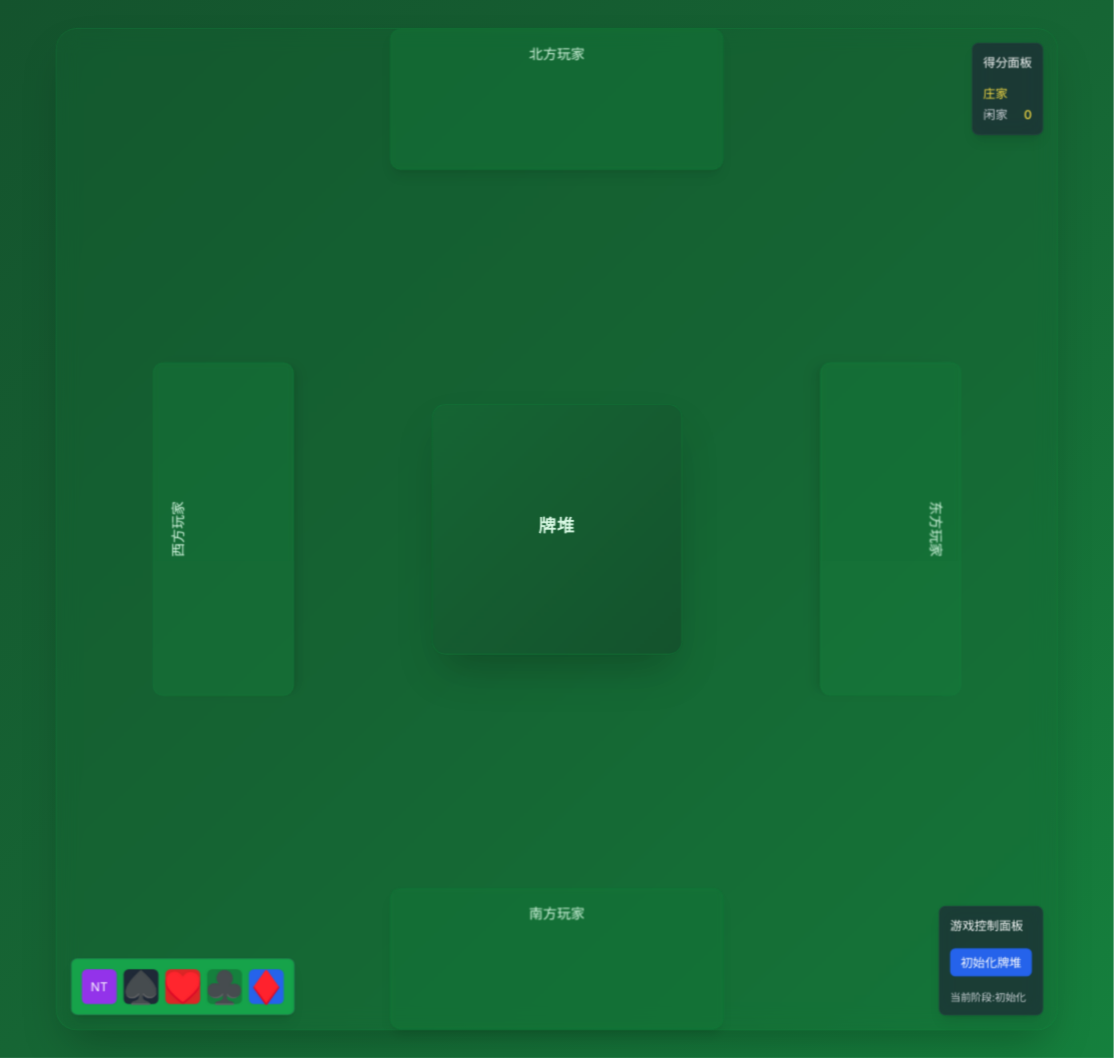
Repository: laofansay/Tractor80
Page: /
The author's editor kept a copy of each file at every save. The page is drawn from the files as they stood at one save, then again after the next save.
The browser window is 1280 px wide. The pictures show the whole page, at 87% of full size.
The project was rebuilt for these pictures with package versions that can differ from the ones it lists, and the page was loaded fresh each time. The framework's server and built-in components were replaced by stand-ins that run in the browser. Also part of the build but not shown: next.config.js, app/components/Card.tsx.

Above is the page before, as saved 2025-03-09 00:22:11.

After the next save:
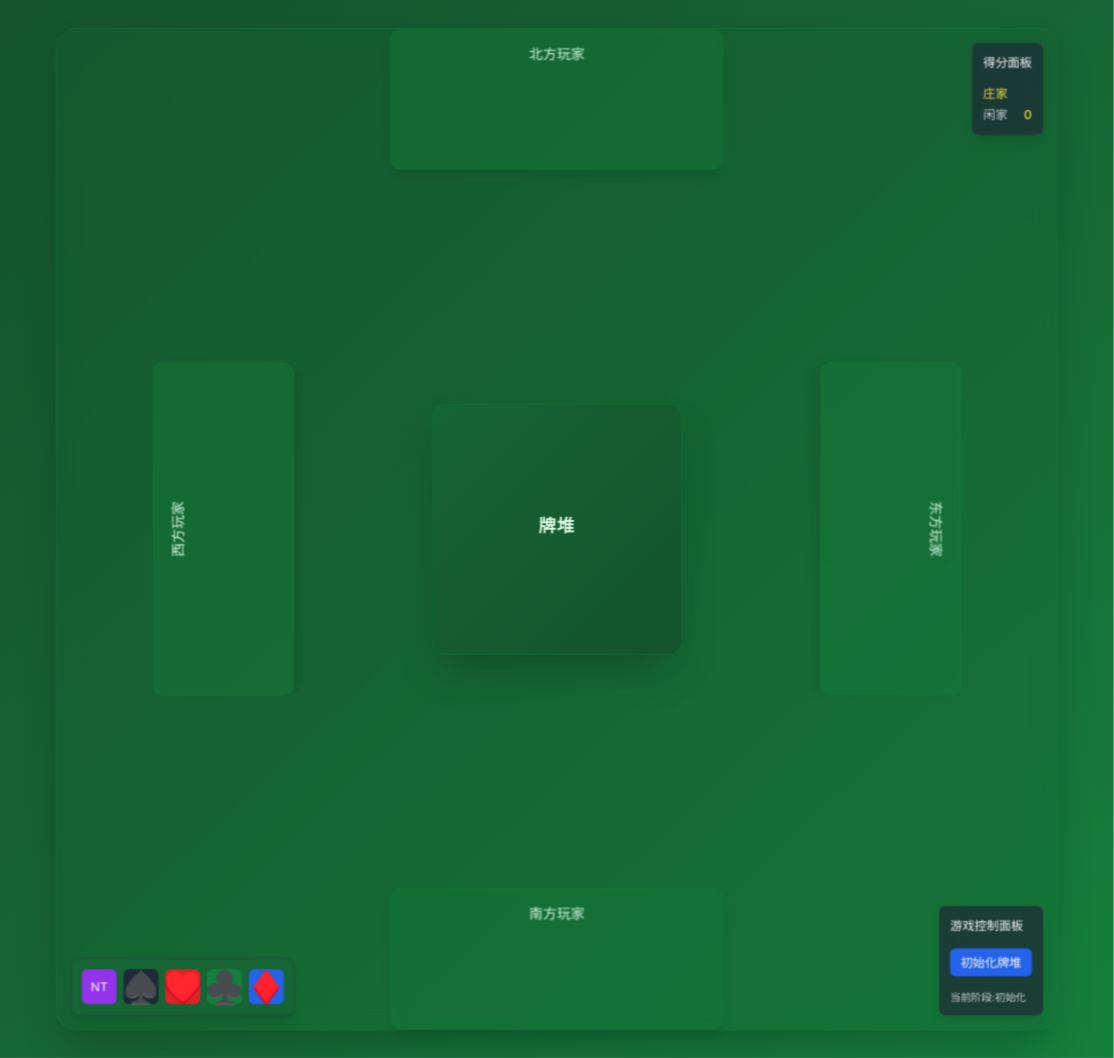
Saved 12 s later.
--- a/app/components/TrumpSelectionPanel.tsx
+++ b/app/components/TrumpSelectionPanel.tsx
@@ -14,7 +14,7 @@ export function TrumpSelectionPanel({ onSelectTrump, gamePhase }: TrumpSelection
   }
 
   return (
-    <div className="absolute bottom-4 left-4 p-3 bg-green-600 rounded-lg backdrop-blur-md border border-gray-700/50 shadow-lg">
+    <div className="absolute bottom-4 left-4 p-3 bg-green-800 rounded-lg backdrop-blur-md border border-gray-700/50 shadow-lg">
       <div className="flex flex-row gap-2">
         <button
           onClick={() => onSelectTrump(null)}
